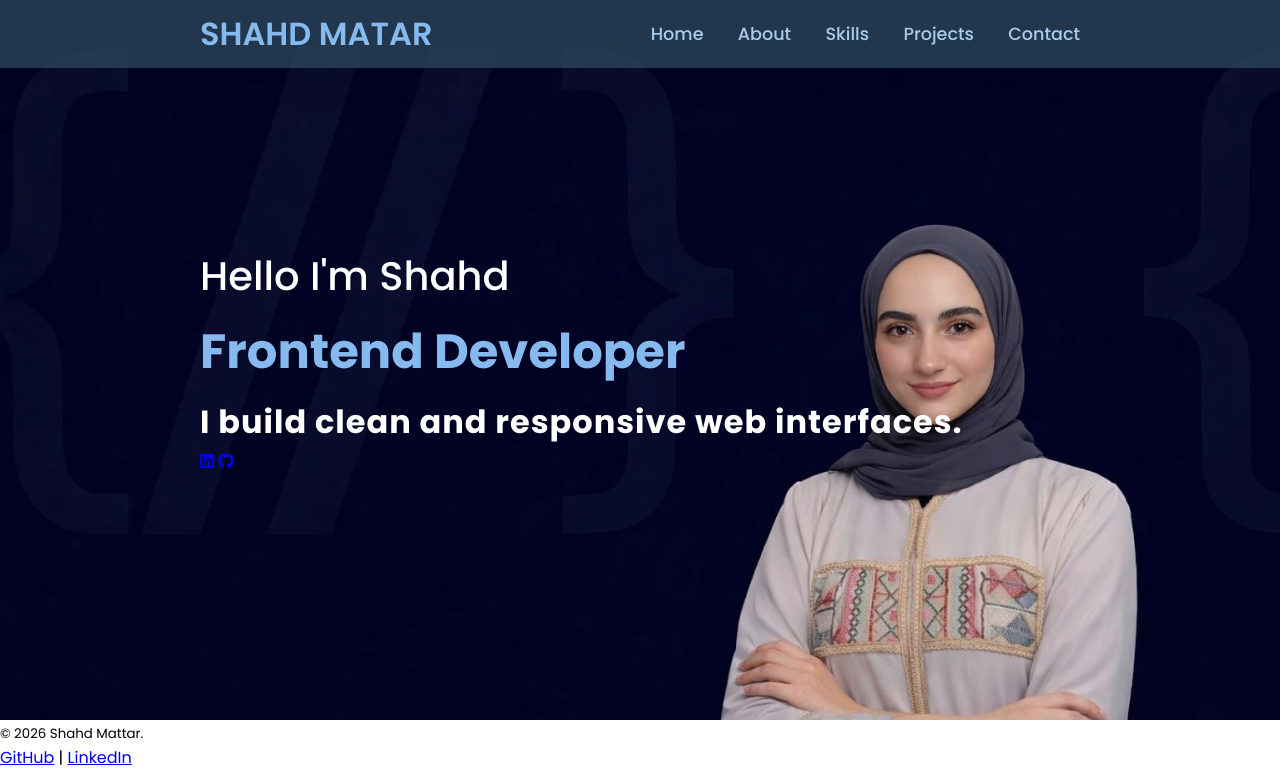
Repository: shahdmattar/personal-landing-page
Page: index.html
These files come from the project's save history. The page is drawn as it stood at one moment and after the next save; the edit follows.
The browser window is 1280 px wide. The pictures show the whole page.
Backgrounds fixed to the window are drawn as part of the page.

Above is the page before, as saved 2026-04-15 11:53:48.

### index.html
<!doctype html>
<html lang="en">
  <head>
    <meta charset="UTF-8" />
    <meta name="viewport" content="width=device-width, initial-scale=1.0" />
    <title>Shahd Matar | Personal Landing Page</title>
    <meta
      name="description"
      content="Personal landing page of Shahd Matar, Computer Engineering student and frontend learner."
    />
    <link
      rel="stylesheet"
      href="https://cdnjs.cloudflare.com/ajax/libs/font-awesome/6.0.0/css/all.min.css"
    />
    <link rel="stylesheet" href="style.css" />
    <!-- <link rel="stylesheet" href="test.css"> -->
  </head>

  <body>
    <header>
      <a href="#" class="logo">Shahd Matar</a>
      <nav class="navgation">
        <a href="#hero">Home</a>
        <a href="#about">About</a>
        <a href="#skills">Skills</a>
        <a href="#projects">Projects</a>
        <a href="#contact">Contact</a>
      </nav>
    </header>


      <section class="main">
        <div>
          <h2>Hello I'm Shahd<br> <span>Frontend Developer</span></h2>
          <h3>I build clean and responsive web interfaces.</h3>
          <a herf="#projects"
          <div class="social-icons">
            <a href="https://www.linkedin.com/in/shahd-matar-957608368"><i class="fab fa-linkedin"></i></a>
            <a href="https://github.com/shahdmattar"><i class="fab fa-github"></i></a>
          </div>
        </div>
      </section>


    <!-- Footer -->
    <footer>
      <p><small> &copy; 2026 Shahd Mattar.</small></p>
      <p>
        <a
          href="https://github.com/shahdmattar"
          target="_blank"
          rel="noopener noreferrer"
          >GitHub</a
        >
        |
        <a
          href="https://www.linkedin.com/in/shahd-matar-957608368"
          target="_blank"
          rel="noopener noreferrer"
          >LinkedIn</a
        >
      </p>
    </footer>
  </body>
</html>

### style.css
@import url('https://fonts.googleapis.com/css2?family=Dancing+Script:wght@400..700&family=Poppins:ital,wght@0,100;0,200;0,300;0,400;0,500;0,600;0,700;0,800;0,900;1,100;1,200;1,300;1,400;1,500;1,600;1,700;1,800;1,900&display=swap');

* {
  font-family:"Poppins", sans-serif;
  margin: 0;
  padding: 0;
  box-sizing: border-box;
  scroll-behavior:smooth;
}

header{
  width:100%;
  background-color:rgba(49, 76, 97, 0.709);
  position:fixed;
  display:flex;
  justify-content: space-between;
  align-items:center;
  z-index: 999;
  padding:10px 200px;
}

.logo{
  text-decoration:none;
  text-transform:uppercase;
  color:#86b9ed;
  font-size:2rem;
  font-weight:600;
}

.navgation a{
  color:#abcbec;
  text-decoration:none;
  font-size:1.1rem;
  font-weight:500;
  padding-left:30px;
}

.navgation a:hover{
  color:#2e6fab;
  font-size:1.15rem;
  /* font-weight:600; */
}

section{
   padding:200px 200px;
}
.main{
  width:100%;
  min-height:100vh;
  display:flex;
  align-items:center;
  background:url(images/back.jpeg);
  background-repeat:no-repeat;
  background-size:cover;
  background-position:center;
  background-attachment: fixed;
}

.main h2{
  color:#fff;
  font-size:2.5rem;
  font-weight:500;
}

.main h2 span{
  display:inline-block;
  margin-top: 10px;
  color:#86b9ed;
  font-size:3rem;
  font-weight:700;
}

.main h3 {
  margin-top: 10px;
  margin-bottom:3px;
  color:#fff;
  font-size:2rem;
  font-weight:700;
  letter-spacing:1px;
}

After the next save:
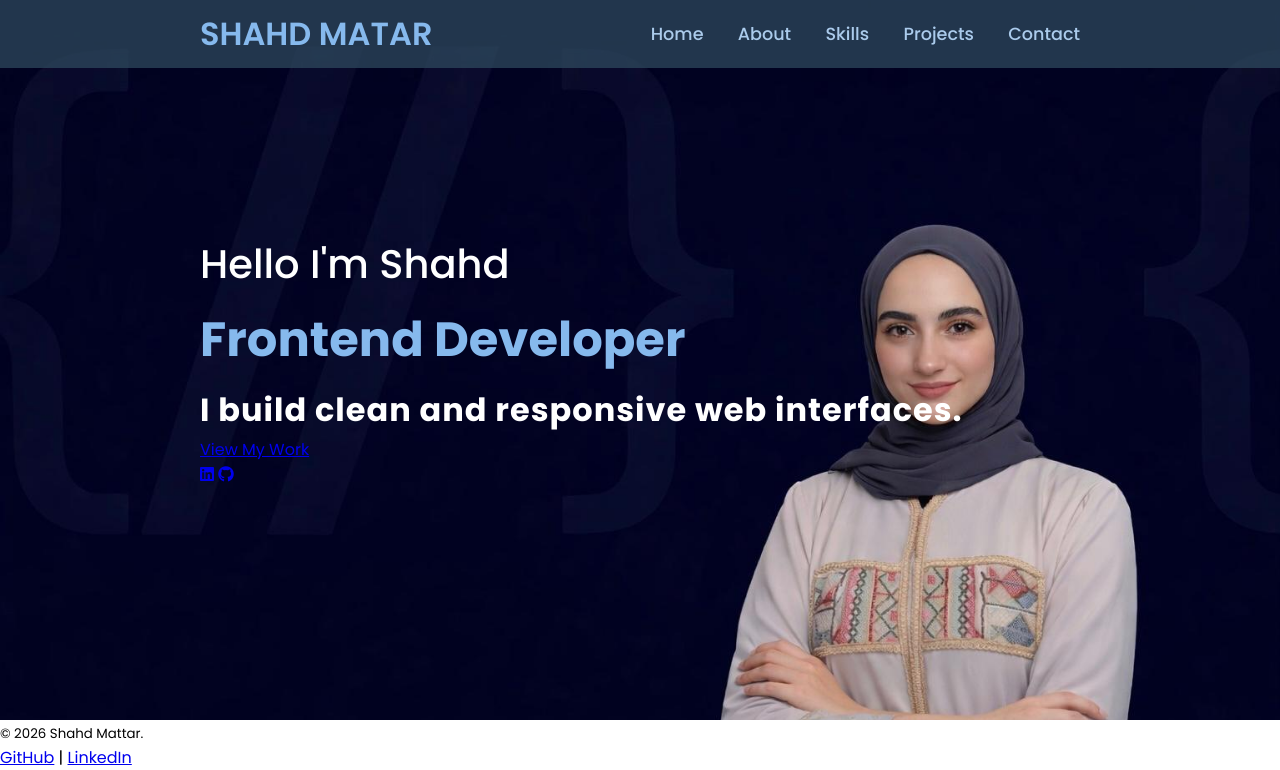
Saved 7 s later.
--- a/index.html
+++ b/index.html
@@ -33,7 +33,7 @@
         <div>
           <h2>Hello I'm Shahd<br> <span>Frontend Developer</span></h2>
           <h3>I build clean and responsive web interfaces.</h3>
-          <a herf="#projects"
+          <a href="#projects" class="btn">View My Work</a>
           <div class="social-icons">
             <a href="https://www.linkedin.com/in/shahd-matar-957608368"><i class="fab fa-linkedin"></i></a>
             <a href="https://github.com/shahdmattar"><i class="fab fa-github"></i></a>
